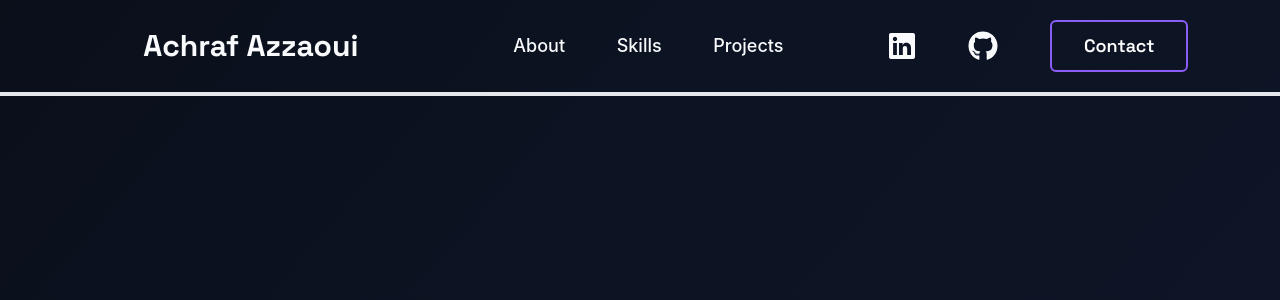
Repository: AchrafAzzaoui/Portfolio-Website
Page: / (app in achrafs-portfolio/)
The author's editor kept a copy of each file at every save. The page is drawn from the files as they stood at one save, then again after the next save.
The browser window is 1280 px wide. The pictures show the whole page.
Some web fonts or font styles are not loaded; a fallback is used. The project was rebuilt for these pictures with package versions that can differ from the ones it lists, and the page was loaded fresh each time. Also part of the build but not shown: achrafs-portfolio/vite.config.ts.

Above is the page before, as saved 2025-01-03 15:32:52.

### achrafs-portfolio/index.html
<!DOCTYPE html>
<html lang="en">
  <head>
    <meta charset="UTF-8" />
    <link rel="icon" type="image/svg+xml" href="/vite.svg" />
    <meta name="viewport" content="width=device-width, initial-scale=1.0" />
    <!-- Inter for body text -->
    <link rel="preconnect" href="https://rsms.me/" />
    <link rel="stylesheet" href="https://rsms.me/inter/inter.css" />

    <!-- Space Grotesk for headlines -->
    <link rel="preconnect" href="https://fonts.googleapis.com" />
    <link rel="preconnect" href="https://fonts.gstatic.com" crossorigin />
    <link
      href="https://fonts.googleapis.com/css2?family=Space+Grotesk:wght@500;600;700&display=swap"
      rel="stylesheet"
    />
    <title>Achraf's Portfolio Website</title>
  </head>
  <body>
    <div id="root"></div>
    <script type="module" src="/src/main.tsx"></script>
  </body>
</html>

### achrafs-portfolio/src/index.css
@tailwind base;
@tailwind components;
@tailwind utilities;
@tailwind base;
@tailwind components;
@tailwind utilities;

@layer base {
  * {
    margin: 0;
    padding: 0;
    box-sizing: border-box;
  }

  html {
    scroll-behavior: smooth;
  }

  body {
    @apply font-sans antialiased;
  }

  ul,
  ol {
    list-style: none;
  }

  a {
    text-decoration: none;
    color: inherit;
  }

  img {
    max-width: 100%;
    height: auto;
  }

  button {
    background: none;
    border: none;
    cursor: pointer;
  }
}
@layer components {
  .before\:absolute::before {
    content: "";
    position: absolute;
  }
}

### achrafs-portfolio/src/App.tsx
import "./index.css";
import Header from "./components/layout/Header.tsx";
export default function App() {
  return (
    <div className="min-h-screen bg-gradient-dark">
      <Header />
    </div>
  );
}

### achrafs-portfolio/src/components/layout/Header.tsx
import { useState } from "react";
import { RxLinkedinLogo } from "react-icons/rx";
import { FaGithub } from "react-icons/fa";

export default function Header() {
  const [isMenuOpen, setIsMenuOpen] = useState(false);

  return (
    <header className="px-2 md:px-10 py-5 border-b-4">
      <nav className="flex ">
        <div className="basis-3/16 flex-auto flex justify-center items-center font-display font-bold text-dark-text-primary">
          <a href="#home" target="_blank">
            <h2 className="text-3xl transition-transform duration-300 hover:-translate-y-0.5">
              Achraf Azzaoui
            </h2>
          </a>
        </div>
        <div className="basis-7/16 flex-auto flex justify-evenly items-center">
          <a
            href="#about"
            target="_blank"
            className="font-sans font-medium text-dark-text-primary text-lg transition-transform duration-300 hover:-translate-y-0.5"
          >
            About
          </a>
          <a
            href="#skills"
            target="_blank"
            className="font-sans font-medium text-dark-text-primary text-lg transition-transform duration-300 hover:-translate-y-0.5"
          >
            Skills
          </a>
          <a
            href="#projects"
            target="_blank"
            className="font-sans font-medium text-dark-text-primary text-lg transition-transform duration-300 hover:-translate-y-0.5"
          >
            Projects
          </a>
        </div>
        <div className="basis-6/16 flex-auto flex justify-evenly items-center">
          <a href="https://www.linkedin.com/in/achraf-azzaoui-data-scientist">
            <RxLinkedinLogo className="text-3xl rounded-sm text-dark-text-primary" />
          </a>
          <a href="https://github.com/AchrafAzzaoui">
            <FaGithub className="text-3xl rounded-full text-dark-text-primary" />
          </a>
          <button
            style={{
              zIndex: 10, // Ensure proper layering
              border: "2px solid #8B5CF6", // Purple border
              position: "relative", // For proper positioning of pseudo-elements
              borderRadius: "0.375rem", // Match the border-radius
              overflow: "hidden", // Clip pseudo-element overflow
            }}
            className="
    inline-block px-8 py-2.5 font-semibold font-display bg-transparent text-white group
    hover:border-purple-500
    before:absolute before:content-[''] before:inset-0
    before:-translate-x-full before:bg-gradient-to-r before:from-purple-600
    before:to-purple-800 before:z-0
    before:transition-transform before:duration-300 before:ease-out
    hover:before:translate-x-0
  "
          >
            <span className="relative z-10 text-lg">Contact</span>
          </button>
        </div>
      </nav>
    </header>
  );
}

### achrafs-portfolio/tailwind.config.js
/** @type {import('tailwindcss').Config} */
const defaultTheme = require("tailwindcss/defaultTheme");

export default {
  content: ["./index.html", "./src/**/*.{js,ts,jsx,tsx}"],
  theme: {
    extend: {
      backgroundImage: {
        "gradient-dark":
          "linear-gradient(130deg, #0A0F1A 0%, #0C1322 40%, #0E1628 100%)",
        "gradient-light":
          "linear-gradient(130deg, #F8FAFC 0%, #EEF2F6 40%, #E2E8F0 100%)", // Light theme gradient
      },
      colors: {
        // Dark theme
        dark: {
          text: {
            primary: "#F8FAFC", // Almost white
            secondary: "#94A3B8", // Lighter gray
            muted: "#64748B", // Muted gray
          },
        },
        // Light theme
        light: {
          text: {
            primary: "#0F172A", // Very dark blue/gray
            secondary: "#334155", // Dark gray
            muted: "#64748B", // Same as dark for balance
          },
        },
      },
      fontFamily: {
        sans: ["Inter", ...defaultTheme.fontFamily.sans],
        display: ["Space Grotesk", ...defaultTheme.fontFamily.sans],
      },
    },
  },
  plugins: [],
  variants: {
    extend: {
      // Enable before/after pseudo elements
      before: ["before"],
      after: ["after"],
    },
  },
};

Loaded but not shown: achrafs-portfolio/src/main.tsx (common file)

After the next save:
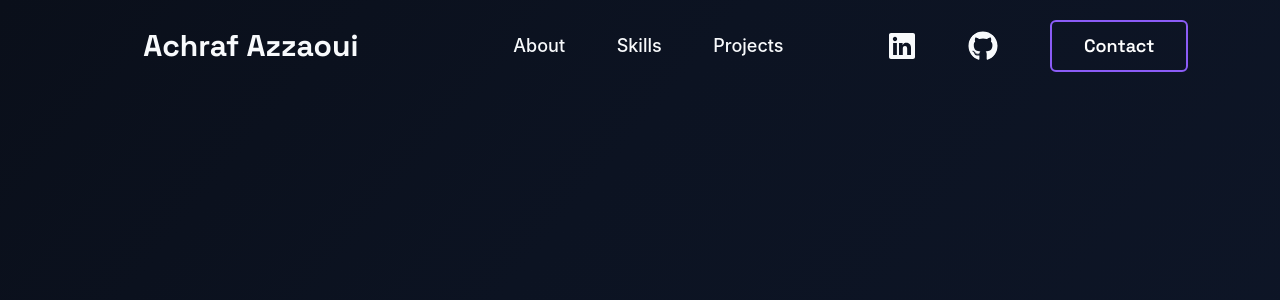
Saved 8 s later.
--- a/achrafs-portfolio/src/components/layout/Header.tsx
+++ b/achrafs-portfolio/src/components/layout/Header.tsx
@@ -6,7 +6,7 @@ export default function Header() {
   const [isMenuOpen, setIsMenuOpen] = useState(false);
 
   return (
-    <header className="px-2 md:px-10 py-5 border-b-4">
+    <header className="px-2 md:px-10 py-5 border-b-1">
       <nav className="flex ">
         <div className="basis-3/16 flex-auto flex justify-center items-center font-display font-bold text-dark-text-primary">
           <a href="#home" target="_blank">
